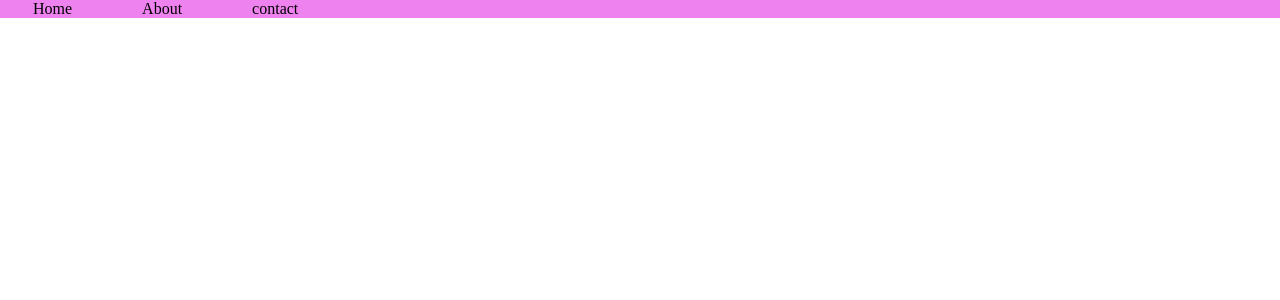
Repository: diensy/Web_dev
Page: Css/Exercise/exercise-3/index.html
The author's editor kept a copy of each file at every save. The page is drawn from the files as they stood at one save, then again after the next save.
The browser window is 1280 px wide. The pictures show the whole page.

Above is the page before, as saved 2024-05-28 23:36:20.

After the next save:
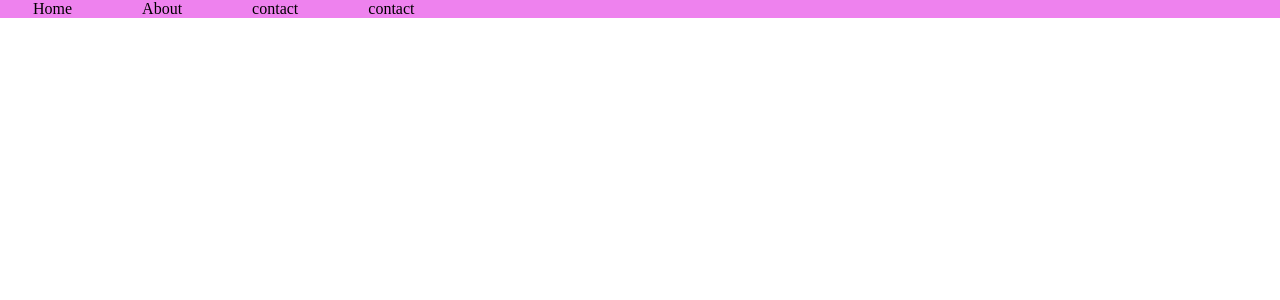
Saved 19 h 35 min later.
--- a/Css/Exercise/exercise-3/index.html
+++ b/Css/Exercise/exercise-3/index.html
@@ -13,6 +13,7 @@
                 <li>Home</li>
                 <li>About</li>
                 <li>contact</li>
+                <li>contact</li>
             </ul>
         </nav>
     </header>

After the save that followed:
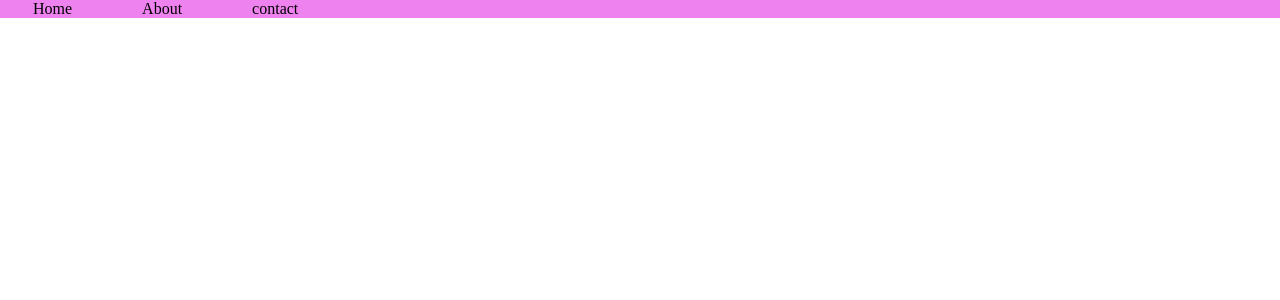
Saved 4 s later.
--- a/Css/Exercise/exercise-3/index.html
+++ b/Css/Exercise/exercise-3/index.html
@@ -13,7 +13,6 @@
                 <li>Home</li>
                 <li>About</li>
                 <li>contact</li>
-                <li>contact</li>
             </ul>
         </nav>
     </header>
